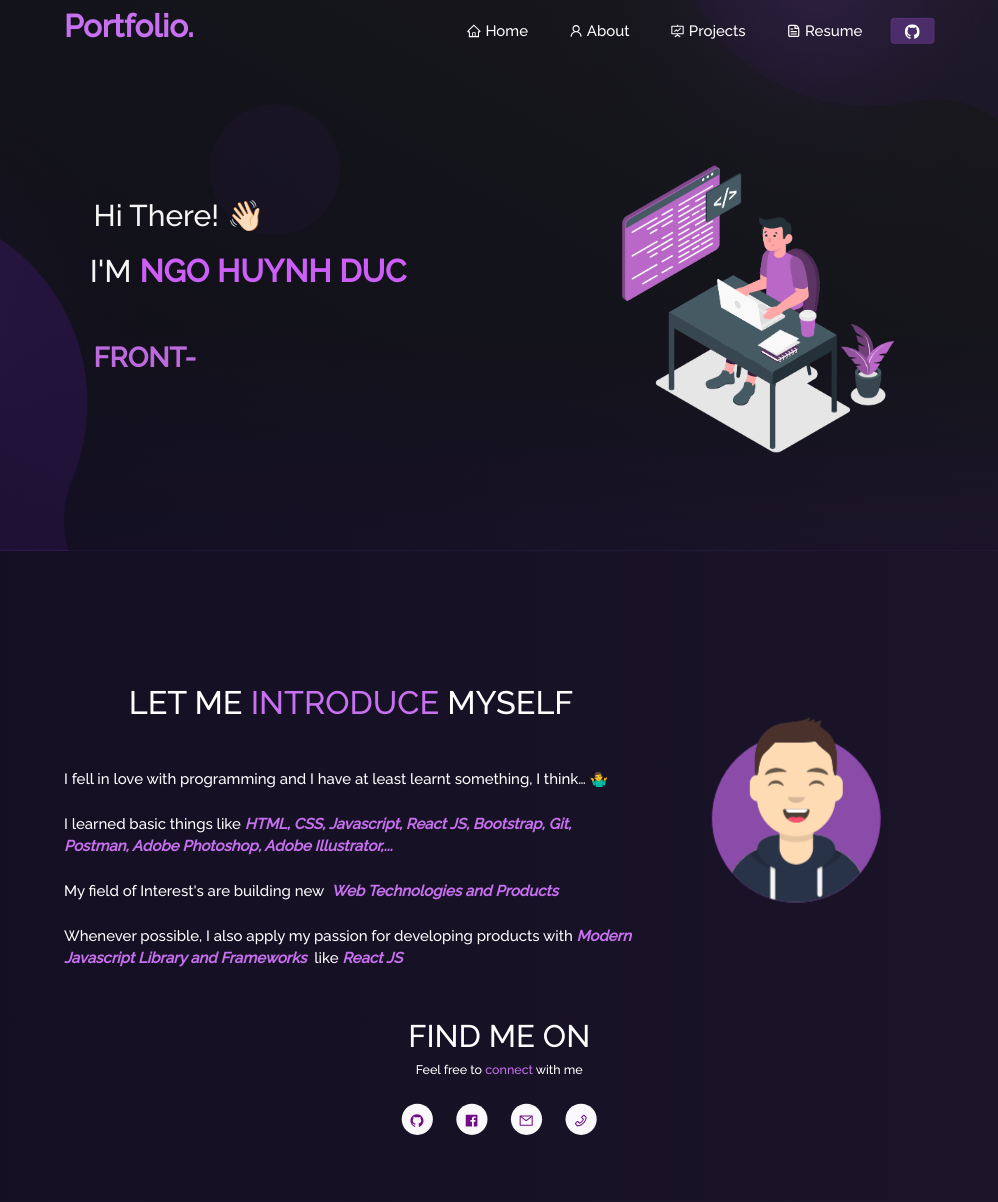
Repository: ngohuynhducdev/Portfolio
Page: /
An editor plug-in stored every save of this project. The page is shown before and after the next save, followed by the edit.
The browser window is 1280 px wide. The pictures show the whole page, at 78% of full size.
The project was rebuilt for these pictures with package versions that can differ from the ones it lists, and the page was loaded fresh each time. Also part of the build but not shown: src/components/About/Techstack.js, src/components/About/AboutCard.js, src/components/About/Toolstack.js, src/components/About/About.js, src/components/Projects/ProjectCards.js, src/components/Projects/Projects.js, src/components/Resume/ResumeNew.js. Imported but missing from the stored project, and not drawn on this page: src/Assets/CV_Ngo-Huynh-Duc_Front-End-Developer.pdf.

Above is the page before, as saved 2022-04-18 01:03:27.

### public/index.html
<!DOCTYPE html>
<html lang="en">
  <head>
    <meta charset="utf-8" />
    <link rel="icon" href="%PUBLIC_URL%/favicon.svg" />
    <meta name="viewport" content="width=device-width, initial-scale=1" />
    <meta name="theme-color" content="#000000" />
    <link rel="manifest" href="%PUBLIC_URL%/manifest.json" />
    <title>Ngo Huynh Duc | Portfolio</title>
  </head>

  <body>
    <div id="root"></div>
  </body>
</html>

### src/App.js
import React, { useState, useEffect } from "react";
import Preloader from "../src/components/Pre";
import Navbar from "./components/Navbar";
import Home from "./components/Home/Home";
import About from "./components/About/About";
import Projects from "./components/Projects/Projects";
import Resume from "./components/Resume/ResumeNew";
import {
  BrowserRouter as Router,
  Route,
  Routes,
  Navigate,
} from "react-router-dom";
import ScrollToTop from "./components/ScrollToTop";
import "./style.css";
import "./App.css";
import "bootstrap/dist/css/bootstrap.min.css";

function App() {
  const [load, upadateLoad] = useState(true);

  useEffect(() => {
    const timer = setTimeout(() => {
      upadateLoad(false);
    }, 1200);

    return () => clearTimeout(timer);
  }, []);

  return (
    <Router>
      <Preloader load={load} />
      <div className="App" id={load ? "no-scroll" : "scroll"}>
        <Navbar />
        <ScrollToTop />
        <Routes>
          <Route path="/" element={<Home />} />
          <Route path="/project" element={<Projects />} />
          <Route path="/about" element={<About />} />
          <Route path="/resume" element={<Resume />} />
          <Route path="*" element={<Navigate to="/" />} />
        </Routes>
      </div>
    </Router>
  );
}

export default App;

### src/components/Navbar.js
import React, { useState } from "react";
import Navbar from "react-bootstrap/Navbar";
import Nav from "react-bootstrap/Nav";
import Container from "react-bootstrap/Container";
import Button from "react-bootstrap/Button";
import { Link } from "react-router-dom";

import { BsGithub } from "react-icons/bs";
import {
  AiOutlineHome,
  AiOutlineFundProjectionScreen,
  AiOutlineUser,
} from "react-icons/ai";

import { CgFileDocument } from "react-icons/cg";

function NavBar() {
  const [expand, updateExpanded] = useState(false);
  const [navColour, updateNavbar] = useState(false);

  function scrollHandler() {
    if (window.scrollY >= 20) {
      updateNavbar(true);
    } else {
      updateNavbar(false);
    }
  }

  window.addEventListener("scroll", scrollHandler);

  return (
    <Navbar
      expanded={expand}
      fixed="top"
      expand="md"
      className={navColour ? "sticky" : "navbar"}
    >
      <Container>
        <Navbar.Brand href="/" className="d-flex">
          <h1 className="img-fluid logo purple">
            <b>Portfolio.</b>
          </h1>
        </Navbar.Brand>
        <Navbar.Toggle
          aria-controls="responsive-navbar-nav"
          onClick={() => {
            updateExpanded(expand ? false : "expanded");
          }}
        >
          <span></span>
          <span></span>
          <span></span>
        </Navbar.Toggle>
        <Navbar.Collapse id="responsive-navbar-nav">
          <Nav className="ms-auto" defaultActiveKey="#home">
            <Nav.Item>
              <Nav.Link as={Link} to="/" onClick={() => updateExpanded(false)}>
                <AiOutlineHome style={{ marginBottom: "2px" }} /> Home
              </Nav.Link>
            </Nav.Item>

            <Nav.Item>
              <Nav.Link
                as={Link}
                to="/about"
                onClick={() => updateExpanded(false)}
              >
                <AiOutlineUser style={{ marginBottom: "2px" }} /> About
              </Nav.Link>
            </Nav.Item>

            <Nav.Item>
              <Nav.Link
                as={Link}
                to="/project"
                onClick={() => updateExpanded(false)}
              >
                <AiOutlineFundProjectionScreen
                  style={{ marginBottom: "2px" }}
                />{" "}
                Projects
              </Nav.Link>
            </Nav.Item>

            <Nav.Item>
              <Nav.Link
                as={Link}
                to="/resume"
                onClick={() => updateExpanded(false)}
              >
                <CgFileDocument style={{ marginBottom: "2px" }} /> Resume
              </Nav.Link>
            </Nav.Item>

            <Nav.Item className="fork-btn">
              <Button
                href="https://github.com/ngohuynhducdev"
                target="_blank"
                className="fork-btn-inner"
              >
                <BsGithub style={{ fontSize: "1.2em" }} />{" "}
              </Button>
            </Nav.Item>
          </Nav>
        </Navbar.Collapse>
      </Container>
    </Navbar>
  );
}

export default NavBar;

### src/components/Home/Home.js
import React from "react";
import { Container, Row, Col } from "react-bootstrap";
import homeLogo from "../../Assets/home-main.svg";
import Particle from "../Particle";
import Home2 from "./Home2";
import Type from "./Type";

function Home() {
  return (
    <section>
      <Container fluid className="home-section" id="home">
        <Particle />
        <Container className="home-content">
          <Row>
            <Col md={7} className="home-header">
              <h1 style={{ paddingBottom: 15 }} className="heading">
                Hi There!{" "}
                <span className="wave" role="img" aria-labelledby="wave">
                  👋🏻
                </span>
              </h1>

              <h1 className="heading-name">
                I'M
                <strong className="main-name"> NGO HUYNH DUC</strong>
              </h1>

              <div style={{ padding: 50, textAlign: "left" }}>
                <Type />
              </div>
            </Col>

            <Col md={5} style={{ paddingBottom: 20 }}>
              <img
                src={homeLogo}
                alt="home pic"
                className="img-fluid"
                style={{ maxHeight: "450px" }}
              />
            </Col>
          </Row>
        </Container>
      </Container>
      <Home2 />
    </section>
  );
}

export default Home;

### src/components/Particle.js
import React from "react";
import Particles from "react-tsparticles";

function Particle() {
  return (
    <Particles
      id="tsparticles"
      params={{
        particles: {
          number: {
            value: 160,
            density: {
              enable: true,
              value_area: 1500,
            },
          },
          line_linked: {
            enable: false,
            opacity: 0.03,
          },
          move: {
            direction: "right",
            speed: 0.05,
          },
          size: {
            value: 1,
          },
          opacity: {
            anim: {
              enable: true,
              speed: 1,
              opacity_min: 0.05,
            },
          },
        },
        interactivity: {
          events: {
            onclick: {
              enable: true,
              mode: "push",
            },
          },
          modes: {
            push: {
              particles_nb: 1,
            },
          },
        },
        retina_detect: true,
      }}
    />
  );
}

export default Particle;

### src/components/Home/Home2.js
import React from "react";
import { Container, Row, Col } from "react-bootstrap";
import myImg from "../../Assets/avatar.svg";
import Tilt from "react-parallax-tilt";

import {
  AiFillGithub,
  AiFillFacebook,
  AiOutlineMail,
  AiOutlinePhone,
} from "react-icons/ai";

function Home2() {
  return (
    <Container fluid className="home-about-section" id="about">
      <Container>
        <Row>
          <Col md={8} className="home-about-description">
            <h1 style={{ fontSize: "2.6em" }}>
              LET ME <span className="purple"> INTRODUCE </span> MYSELF
            </h1>
            <p className="home-about-body">
              I fell in love with programming and I have at least learnt
              something, I think… 🤷‍♂️
              <br />
              <br />I learned basic things like
              <i>
                <b className="purple">
                  {" "}
                  HTML, CSS, Javascript, React JS, Bootstrap, Git, Postman,
                  Adobe Photoshop, Adobe Illustrator,...{" "}
                </b>
              </i>
              <br />
              <br />
              My field of Interest's are building new &nbsp;
              <i>
                <b className="purple">Web Technologies and Products </b>
              </i>
              <br />
              <br />
              Whenever possible, I also apply my passion for developing products
              with
              <i>
                <b className="purple">
                  {" "}
                  Modern Javascript Library and Frameworks
                </b>
              </i>
              &nbsp; like
              <i>
                <b className="purple"> React JS</b>
              </i>
            </p>
          </Col>
          <Col md={4} className="myAvtar">
            <Tilt>
              <img src={myImg} className="img-fluid" alt="avatar" />
            </Tilt>
          </Col>
        </Row>
        <Row>
          <Col md={12} className="home-about-social">
            <h1>FIND ME ON</h1>
            <p>
              Feel free to <span className="purple">connect </span>with me
            </p>
            <ul className="home-about-social-links">
              <li className="social-icons">
                <a
                  href="https://github.com/ngohuynhducdev"
                  target="_blank"
                  rel="noreferrer"
                  className="icon-colour  home-social-icons"
                >
                  <AiFillGithub />
                </a>
              </li>
              <li className="social-icons">
                <a
                  href="https://www.facebook.com/huynhduc605/"
                  target="_blank"
                  rel="noreferrer"
                  className="icon-colour  home-social-icons"
                >
                  <AiFillFacebook />
                </a>
              </li>
              <li className="social-icons">
                <a
                  href="mailto:ngohuynhducdev@gmail.com"
                  target="_blank"
                  rel="noreferrer"
                  className="icon-colour  home-social-icons"
                >
                  <AiOutlineMail />
                </a>
              </li>
              <li className="social-icons">
                <a
                  href="tel:0939166553"
                  target="_blank"
                  rel="noreferrer"
                  className="icon-colour  home-social-icons"
                >
                  <AiOutlinePhone />
                </a>
              </li>
            </ul>
          </Col>
        </Row>
      </Container>
    </Container>
  );
}
export default Home2;

### src/components/Home/Type.js
import React from "react";
import Typewriter from "typewriter-effect";

function Type() {
  return (
    <Typewriter
      options={{
        strings: ["FRONT-END DEVELOPER"],
        autoStart: true,
        loop: true,
        deleteSpeed: 50,
      }}
    />
  );
}

export default Type;

Loaded but not shown: src/index.js (common file); src/index.css (common file); src/reportWebVitals.js (common file); src/components/Pre.js (common file); src/components/ScrollToTop.js (common file); src/style.css (common file); src/App.css (common file)

After the next save:
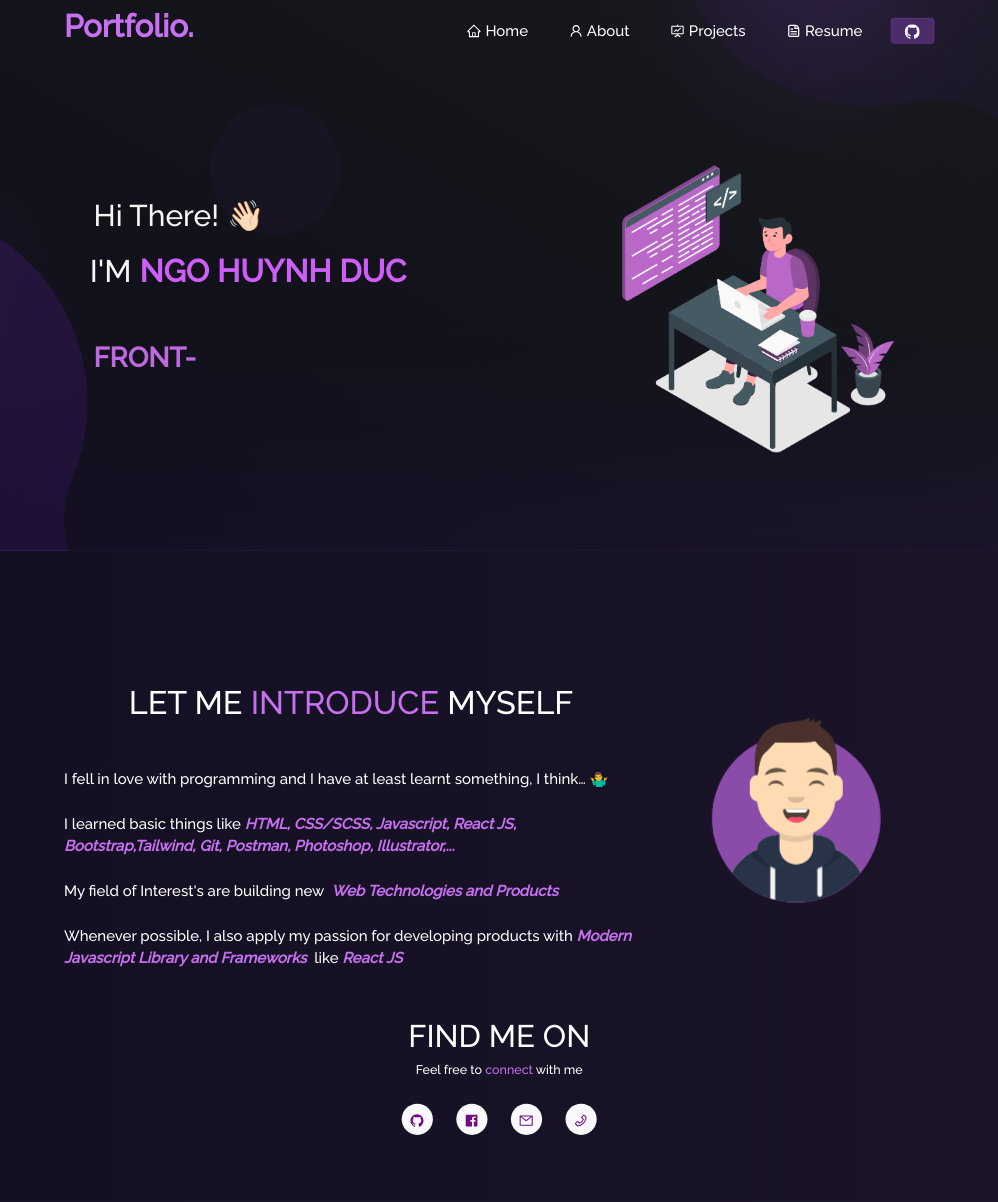
Saved 13 min 25 s later.
--- a/src/components/Home/Home2.js
+++ b/src/components/Home/Home2.js
@@ -27,8 +27,8 @@
               <i>
                 <b className="purple">
                   {" "}
-                  HTML, CSS, Javascript, React JS, Bootstrap, Git, Postman,
-                  Adobe Photoshop, Adobe Illustrator,...{" "}
+                  HTML, CSS/SCSS, Javascript, React JS, Bootstrap,Tailwind, Git,
+                  Postman, Photoshop, Illustrator,...{" "}
                 </b>
               </i>
               <br />
